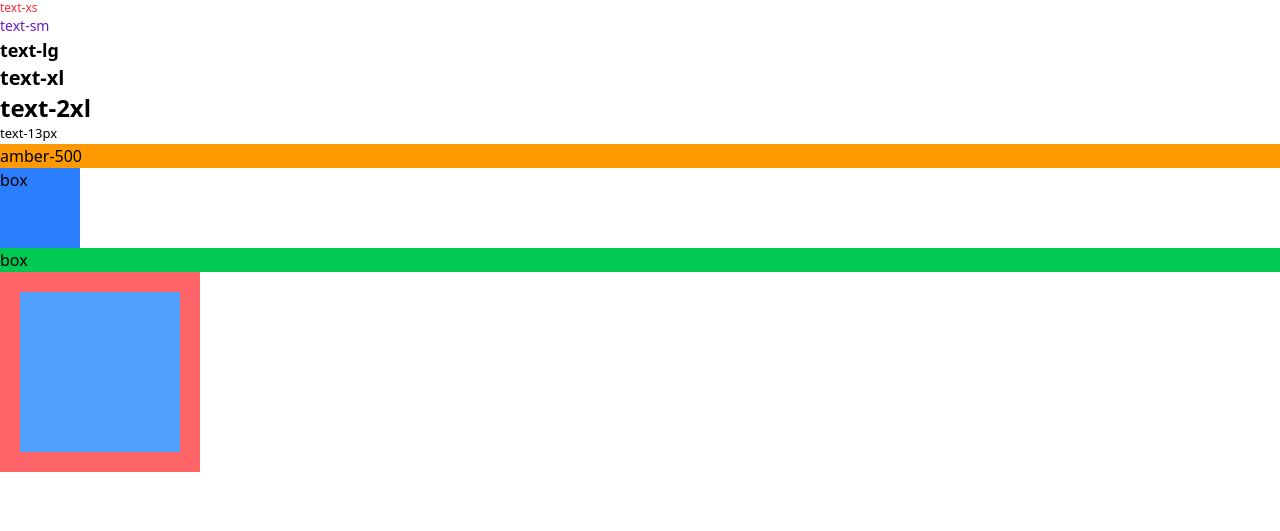
Repository: kkhhjjoo/onebite-tailwind
Page: /
The author's editor kept a copy of each file at every save. The page is drawn from the files as they stood at one save, then again after the next save.
The browser window is 1280 px wide. The pictures show the whole page.
The project was rebuilt for these pictures with package versions that can differ from the ones it lists, and the page was loaded fresh each time. Also part of the build but not shown: vite.config.ts, src/App.css.

Above is the page before, as saved 2025-12-24 19:49:22.

### src/main.tsx
import { createRoot } from 'react-dom/client'
import './index.css'
import App from './App.tsx'

createRoot(document.getElementById('root')!).render(<App />);

### src/App.tsx
import "./App.css";

function App() {
  return (
    <div>
      {/* 1. 타이포그래프 */}
      <div className="text-xs text-red-500">text-xs</div>
      <div className="text-sm text-[rgb(100,30,200)]">text-sm</div>
      <div className="text-lg font-bold">text-lg</div>
      <div className="text-xl font-extrabold">text-xl</div>
      <div className="text-2xl font-black">text-2xl</div>
      <div className="text-[13px]">text-13px</div>

      {/* 2. 백그라운드 컬러 */}
      <div className="bg-amber-500">amber-500</div>

      {/* 3. 사이즈 */}
      <div className="h-20 w-20 bg-blue-500">box</div>
      <div className="w-full bg-green-500">box</div>

      {/* 4. 여백 */}
      {/* <div className="h-50 w-50 bg-red-400 pt-5 pr-5 pb-5 pl-5"> */}
      <div className="h-50 w-50 bg-red-400 px-5 py-5">
        <div className="h-full w-full bg-blue-400"></div>
      </div>
    </div>
  );
}

export default App;

Loaded but not shown: index.html (common file); src/index.css (common file)

After the next save:
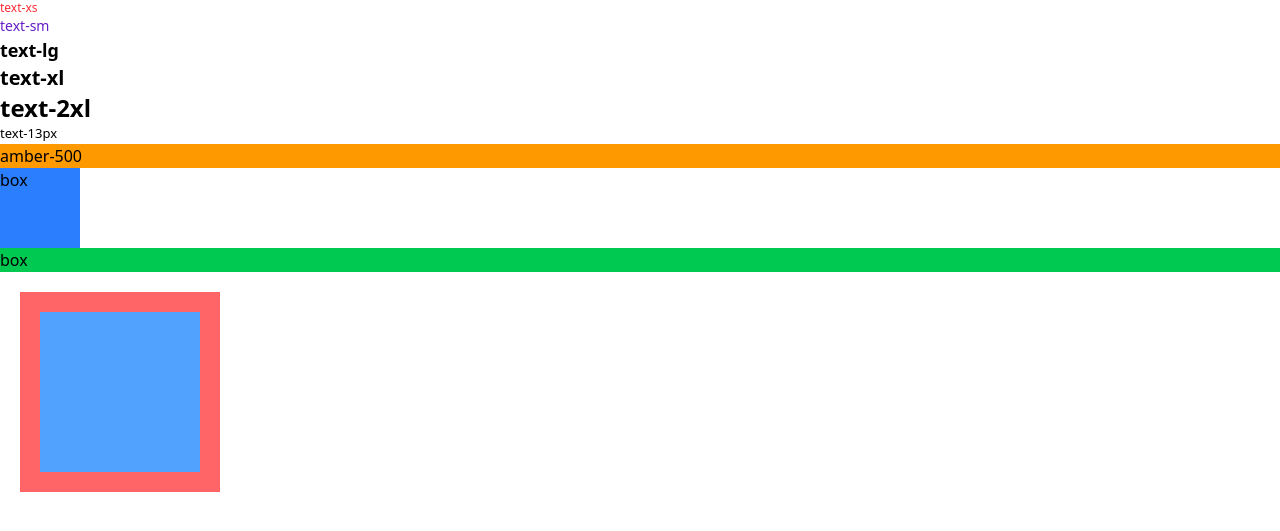
Saved 28 s later.
--- a/src/App.tsx
+++ b/src/App.tsx
@@ -20,7 +20,7 @@ function App() {
 
       {/* 4. 여백 */}
       {/* <div className="h-50 w-50 bg-red-400 pt-5 pr-5 pb-5 pl-5"> */}
-      <div className="h-50 w-50 bg-red-400 px-5 py-5">
+      <div className="m-5 h-50 w-50 bg-red-400 px-5 py-5">
         <div className="h-full w-full bg-blue-400"></div>
       </div>
     </div>
